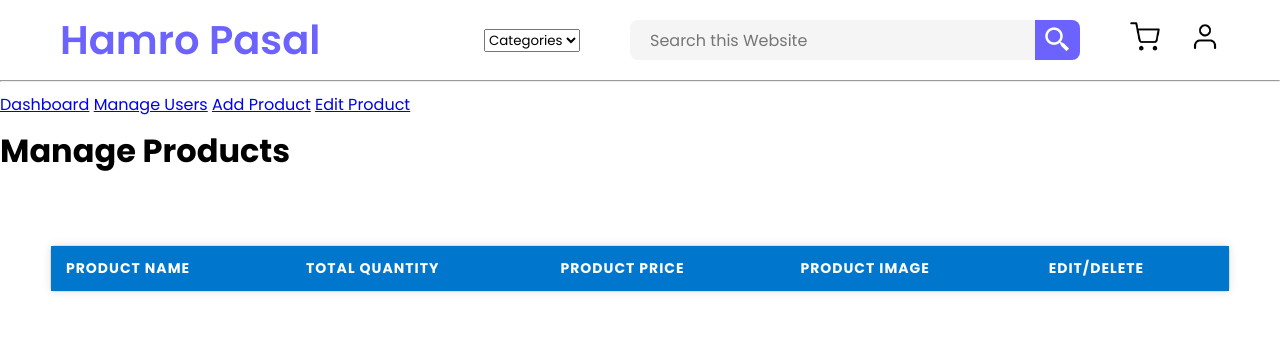
Repository: SuyogSky/Cloth-Shop
Page: http://localhost/HamroPasal/manageproducts
These files come from the project's save history. The page is drawn as it stood at one moment and after the next save; the edit follows.
The browser window is 1280 px wide. The pictures show the whole page.
Some web fonts or font styles are not loaded; a fallback is used. Some web libraries are served in a nearby version. The page is served by Tomcat 9. Other server files are loaded and not shown. Queries for data that is not in the repository find no rows.

Above is the page before, as saved 2023-06-02 04:23:27.

### HamroPasal/src/main/webapp/View/ManageProduct.jsp
<%@ page language="java" contentType="text/html; charset=ISO-8859-1" pageEncoding="ISO-8859-1" %>
  <%@taglib prefix="c" uri="http://java.sun.com/jsp/jstl/core" %>
      <%@ page import="java.util.Date" %>

    <!DOCTYPE html>
    <html>

    <head>
      <meta charset="UTF-8">
      <title>Insert title here</title>
      <style>
        .product-table {
          border-collapse: separate;
          border-spacing: 0;
          width: 100%;
          margin-top: 20px;
          border: 1px solid #ddd;
          border-radius: 5px;
          box-shadow: 0 0 10px rgba(0, 0, 0, 0.1);
        }

        .product-table th,
        .product-table td {
          padding: 12px 15px;
          text-align: left;
        }

        .product-table th {
          background-color: #0077cc;
          color: #fff;
          text-transform: uppercase;
          font-size: 14px;
          font-weight: 700;
          letter-spacing: 1px;
        }

        .product-table td {
          background-color: #f9f9f9;
          font-size: 14px;
          font-weight: 400;
          color: #555;
          border-top: 1px solid #ddd;
        }

        .product-table tr:hover {
          background-color: #f5f5f5;
        }

        .product-table img {
          max-width: 100px;
          max-height: 100px;
          display: block;
          margin: 0 auto;
        }

        .product-table a {
          color: #0077cc;
          text-decoration: none;
          margin-right: 10px;
        }

        .product-table a:hover {
          text-decoration: underline;
        }

        .product-table tr:nth-child(even) {
          background-color: #f5f5f5;
        }
      </style>
      <link rel="stylesheet" href="https://unpkg.com/boxicons@latest/css/boxicons.min.css">
    <link rel="stylesheet" href="${pageContext.request.contextPath}/View/CSS/navbar.css">

    <link rel="preconnect" href="https://fonts.googleapis.com">
    <link rel="preconnect" href="https://fonts.gstatic.com" crossorigin>
    <link href="https://fonts.googleapis.com/css2?family=Mochiy+Pop+One&family=Poppins:wght@100;200;300;400;500;600;700;800;900&display=swap" rel="stylesheet">
    <link rel="stylesheet" href="https://cdnjs.cloudflare.com/ajax/libs/font-awesome/6.3.0/css/all.min.css" integrity="sha512-SzlrxWUlpfuzQ+pcUCosxcglQRNAq/DZjVsC0lE40xsADsfeQoEypE+enwcOiGjk/bSuGGKHEyjSoQ1zVisanQ==" crossorigin="anonymous" referrerpolicy="no-referrer" />

    </head>

    <body>
    <header>
        <span class="logo">Hamro&nbsp;Pasal</span>
        <div class="right">
            <select name="category" id="category">
                <option value="all">Categories</option>
                <option value="shirt">Shirt</option>
                <option value="pants">Pants</option>
                <option value="shoes">Shoes</option>
            </select>
            <form action="" class="search-bar">
                <input type="text" class="search-field" placeholder="Search this Website">
                <input type="submit" id="search">
                <label for="search"><i class='bx bx-search-alt-2'></i></label>
            </form>
            <div class="icons">
                <div class="cart" onclick="cartClicked()">
                    <img src="${pageContext.request.contextPath}/View/Images/shopping-cart.png" alt="">
                </div>
                <div class="profile" onclick="profileClicked()">
                    <img src="${pageContext.request.contextPath}/View/Images/user.png" alt="">
                </div>
            </div>
        </div>
        <div class="profile-section">
        	<div class="top">
                <h1>User Profile</h1>
                <i class='bx bxl-xing' onclick="profileClicked()"></i>
            </div>
        	<% String email = null;
        	if(session.getAttribute("loggedInId") == null){
        	%>
            	<div class="middle">
	                <a href="${pageContext.request.contextPath}/View/AdminLogin.jsp">Login as Admin</a>
                	<a href="${pageContext.request.contextPath}/View/Login.jsp">Login as User</a>
        	<%} else{
        		email = session.getAttribute("loggedInId").toString();
        	%>
        		<h1>You are Logged In as <%= email %></h1>
        		<%if(session.getAttribute("adminEmail") != null){%>
        			<a href="${pageContext.request.contextPath}/index.jsp">Return to Home</a><br/>
        			<a href="${pageContext.request.contextPath}/View/AdminPage.jsp">Admin Page</a><br/>
        		<%}%>

        		<%if(session.getAttribute("adminEmail") == null && session.getAttribute("loggedInId") != null){%>
         			<a href="${pageContext.request.contextPath}/editProfile?email=<%=email%> class="edit-profile-btn">Edit Profile</a><br/>

        		<%}%>

        		<a href="${pageContext.request.contextPath}/logout">Log Out</a>
        	<%} %>
        	</div>
        </div>

        <div class="cart-section">
        	<div class="top">
                <h1>Cart Items</h1>
                <i class='bx bxl-xing' onclick="profileClicked()"></i>
            </div>
        	<div class="middle" id="middle">
				<div class="item">
					<img src="${pageContext.request.contextPath}/images/productImage/10.png"/>
					<span>
						<h3>Black Shirt</h3>
						<p>Price: 999</p>
					</span>
				</div>
            </div>
        	<div class="lower">
        		<span><p class="index">Total Price: </p><p class="total-price"></p></span>
        		<a href="" id = "order" onclick="clicked()">Order Now!</a>
        	</div>
        </div>
        <script>
            const profileClicked = () =>{
                const btn = document.querySelector(".profile")
                const mainDiv = document.querySelector(".profile-section")
                const cross = document.querySelector(".profile-section .top i")
                btn.addEventListener("click", ()=>{
                    mainDiv.classList.add("active");
                })
                cross.addEventListener("click", ()=>{
                    mainDiv.classList.remove("active");
                })
            }

            const cartClicked = () =>{
            	<%if(session.getAttribute("adminEmail") == null && session.getAttribute("loggedInId") != null){ %>
                const btn = document.querySelector(".cart")
                const mainDiv = document.querySelector(".cart-section")
                const cross = document.querySelector(".cart-section .top i")
                btn.addEventListener("click", ()=>{
                    mainDiv.classList.add("active");
                })
                cross.addEventListener("click", ()=>{
                    mainDiv.classList.remove("active");
                })


                let cartDisplay = document.getElementById("middle");
				let totalPriceDisp = document.querySelector(".lower .total-price");
                // Create an empty string to store the HTML content
                let cartHtml = "";
				let totalPrice = 0;
                // Loop through the cart object and generate HTML for each item
                cartItems.forEach((item) => {
                  cartHtml += `
                	<div class="item">
  						<img src=/HamroPasal/Images/`+item.image+`?v=${time}/>
  						<span>
  							<h3>`+item.name+`</h3>
	  						<p>Price: Rs. `+item.price+`</p>
	  					</span>
  					</div>
                  `;
                  totalPrice += parseInt(item.price);
                })


                // Set the innerHTML of the cart display element to the generated HTML content
                cartDisplay.innerHTML = cartHtml;
                totalPriceDisp.innerText = totalPrice;
                <%}else{%>
                	window.location.href = "./View/Login.jsp"
                <%}%>

            }

        </script>
    </header>
    <hr>
    <section class="admin-header" style="margin:10px 0">
    	    	<a href="${pageContext.request.contextPath}/View/AdminPage.jsp">Dashboard</a>
    	<a href="${pageContext.request.contextPath}/manageusers">Manage Users</a>
    	<a href="${pageContext.request.contextPath}/View/AddProduct.jsp">Add Product</a>
    	<a href="${pageContext.request.contextPath}/manageproducts">Edit Product</a>
    </section>

      <h1>Manage Products</h1>
      <div style="padding:50px;">
        <table class="product-table">
          <tr>
            <th>Product Name</th>
            <th>Total Quantity</th>
            <th>Product Price</th>
            <th>Product Image</th>
            <th>Edit/Delete</th>
          </tr>
          <c:forEach var="st" items="${productList}">
            <tr>
              <c:out value="${st.id}" />
              <c:out value="This is loop" />
              <td>${st.productName}</td>
              <td>${st.productQuantity}</td>
              <td>${st.productPrice}</td>
              <td><img src="Images/${st.productImagePath}" alt="Images/${st.productImagePath}" height="100px" width="100px"></td>
              <td>
                <div style="margin:10px;">
                  <a href="${pageContext.request.contextPath}/editproducts?id=${st.id}">Edit</a>
                </div>
                <div style="margin:10px;">
                  <a href="${pageContext.request.contextPath}/deleteproducts?id=${st.id}">Delete</a>
                </div>
              </td>
            </tr>
          </c:forEach>

        </table>
      </div>
      <script>

      </script>
    </body>

    </html>

### HamroPasal/src/main/java/controller/ManageProduct.java
package controller;

import java.io.IOException;
import java.util.ArrayList;

import javax.servlet.RequestDispatcher;
import javax.servlet.ServletException;
import javax.servlet.annotation.WebServlet;
import javax.servlet.http.HttpServlet;
import javax.servlet.http.HttpServletRequest;
import javax.servlet.http.HttpServletResponse;

import model.DbConnection;
import model.Product;

/**
 * Servlet implementation class ViewProducts
 */
@WebServlet("/manageproducts")
public class ManageProduct extends HttpServlet {
	private static final long serialVersionUID = 1L;


	public void service(HttpServletRequest request, HttpServletResponse response) throws ServletException, IOException {

		ArrayList<Product> product = null;

		product=new DbConnection().fetchProducts();
		request.setAttribute("productList",product);
		RequestDispatcher rd = request.getRequestDispatcher("View/ManageProduct.jsp");
		rd.forward(request, response);

	}


}

### HamroPasal/src/main/webapp/View/CSS/navbar.css
@charset "ISO-8859-1";@charset "ISO-8859-1";
*{
    margin: 0;
    padding: 0;
    box-sizing: border-box;
    font-family: 'Poppins', sans-serif;
}
:root{
    --mainColor: #6c63FF;
}
header{
    width: 100%;
    height: 80px;
    display: flex;
    align-items: center;
    justify-content: space-between;
    padding: 0 60px;
}
.logo{
    font-size: 40px;
    font-weight: 600;
    color: var(--mainColor);
}

/* Dropdown Button */
.dropbtn {
	border: 2px solid var(--mainColor);
    color: var(--mainColor);
    font-weight: 700;
    border-radius: 8px;
    padding: 7px 20px;
    outline: none;
    cursor: pointer;
    text-decoration: none;
}
/* Dropdown button on hover & focus */
.dropbtn:hover,
.dropbtn:focus {
  background-color: var(--mainColor);
  color: white;
}

/* The container <div> - needed to position the dropdown content */
.dropdown {
  position: relative;
  display: inline-block;
}

/* Dropdown Content (Hidden by Default) */
.dropdown-content {

  position: absolute;
  top: 0px;
  z-index: 1;
  background-color: #f9f9f9;
  min-width: 160px;
  box-shadow: 0px 8px 16px 0px rgba(0, 0, 0, 0.2);
  top: -20%;
  opacity: 0;
  transition: all 0.5s ease;
}

/* Links inside the dropdown */
.dropdown-content a {
  color: #333;
  padding: 12px 16px;
  text-decoration: none;
  display: block;
}
/* Change color of dropdown links on hover */
.dropdown-content a:hover {
  background-color: #f1f1f1;
}

.search-bar{
    border: none;
    outline: none;
    height: 40px;
    width: 450px;
    border-radius: 8px;
    background-color: #F5F5F5;
    display: flex;
    align-items: center;
    justify-content: space-between;
    overflow: hidden;
}
.search-field{
    border: none;
    outline: none;
    height: 100%;
    width: 100%;
    overflow: hidden;
    background: transparent;
    padding: 0 20px;
    font-size: 16px;
}
input[type="submit"]{
    display: none;
}
.search-bar label{
    width: 50px;
    height: 100%;
    display: flex;
    align-items: center;
    justify-content: center;
    font-size: 30px;
    color: white;
    background-color: var(--mainColor);
    cursor: pointer;
}
.cart img, .profile img{
    width: 30px;
    cursor: pointer;
}
.right{
    display: flex;
    height: 100%;
    align-items: center;
    gap: 50px;
}
.icons{
    height: 100%;
    display: flex;
    align-items: center;
    gap: 30px;
}

.profile-section{
	height: 100vh;
	width: 350px;
	position: fixed;
    right: -100%;
    top: 0;
    background-color: rgb(225, 225, 225);
    padding: 0 30px;
    transition: all 0.7s ease;
}
.profile-section .top{
    display: flex;
    align-items: center;
    justify-content: space-between;
    padding: 15px 0;
    color: var(--mainColor);
}
.profile-section .top h1{
    font-size: 24px;
}
.profile-section .top i{
    font-size: 30px;
    cursor: pointer;
}
.profile-section .middle{
    padding: 20px;
    margin-top: 40px;
    display: flex;
    flex-direction: column;
    align-items: center;
    justify-content: center;
    gap: 20px;
}
.profile-section .middle h1{
	font-size: 12px;
}
.profile-section .middle a, edit-profile-btn{
    width: 100%;
    border: 2px solid var(--mainColor);
    display: flex;
    align-items: center;
    justify-content: center;
    padding: 10px 0;
    text-decoration: none;
    color: var(--mainColor);
}
.profile-section .middle a:hover{
    background-color: var(--mainColor);
    color: white;
}
.profile-section.active{
    right: 0;
}

.cart-section{
	height: 100vh;
	width: 350px;
	position: fixed;
    right: -100%;
    top: 0;
    background-color: rgb(225, 225, 225);
    padding: 0 30px;
    transition: all 0.7s ease;
}
.cart-section .top{
    display: flex;
    align-items: center;
    justify-content: space-between;
    padding: 15px 0;
    color: var(--mainColor);
}
.cart-section .top h1{
    font-size: 24px;
}
.cart-section .top i{
    font-size: 30px;
    cursor: pointer;
}
.cart-section .middle{
    display: flex;
    flex-direction: column;
    align-items: center;
    gap: 20px;
    height: 70%;
    overflow-y: auto;
    margin-bottom: 10px;
}
.middle .item{
	width: 100%;
	display: flex;
	align-items: center;
	background: rgba(0,0,0,0.05);
	padding: 10px;
	border-radius: 8px;
}
.middle .item img{
	width: 70px;
	height: 70px;
	margin-right: 20px;
}
.lower{
	width: 100%;
}
.lower span{
	display: flex;
	gap: 20px;
	font-weight: 600;
	font-weight: 18px;
}
.lower .index{
	color: var(--mainColor);
}
.lower a{
	display: flex;
	align-items: center;
	justify-content: center;
	width: 100%;
	height: 40px;
	background: var(--mainColor);
	border: none;
	border: 2px solid #8c2de2 0;
	text-decoration: none;
	color: white;
	font-weight: semi-bold;
	font-size: 18px;
	outline: none;
	margin-top: 5px;
}
.cart-section.active{
    right: 0;
}


.search-result{
    display: flex;
    flex-direction: column;
    align-items: center;
    width: 420px;
    overflow-y: auto;
    margin-bottom: 10px;
    position: absolute;
    top: -60%;
    right: 220px;
    background: rgba(255, 255, 255, 0.3);
    padding: 20px;
    transition: all 0.5s ease;
    opacity: 0;
}
.search-result .item{
	width: 100%;
	display: flex;
	align-items: center;
	background: rgba(255,255,255,0.5);
	padding: 10px;
	border-radius: 8px;
	margin: 10px 0;
}
.search-result .item img{
	width: 70px;
	height: 70px;
	margin-right: 20px;
}
.search-result.active{
	opacity: 1;
	top: 70px;
}
.search-head{
	width: 100%;
	display: flex;
	align-items: center;
	justify-content: space-between;
	padding: 0 30px;
	color: black;
	font-weight: 900;
	font-size: 20px;
}

### HamroPasal/src/main/webapp/View/CSS/AddProduct.css
*{
    margin: 0;
    padding: 0;
    box-sizing: border-box;
    font-family: 'Poppins', sans-serif;
}
:root{
    --mainColor: #6c63FF;
}
.admin-header{
	width: 100%;
    height: 40px;
	display: flex;
	justify-content: space-around;
}
.admin-header a{
	border: 2px solid var(--mainColor);
	padding: 10px 20px;
	display: flex;
	align-items: center;
	justify-content: center;
	color: var(--mainColor);
	text-decoration: none;
}

.add-product-form{
    width: 100%;
    height: calc(100vh - 120px);
    position: absolute;
    padding: 20px 30px;
}
.add-product-form form{
    background-color: rgba(0,0,0,0.05);
    width: 100%;
    height: 100%;
    border-radius: 10px;
    padding: 20px 30px;
    display: flex;
    justify-content: space-around;
    align-items: center;
    flex-direction: column;
}
.top{
    display: flex;
    gap: 100px;
}
.left2{
    display: flex;
    gap: 30px;
    flex-direction: column;
}
.left2 label{
    font-size: 18px;
}
.left2 input{
    width: 250px;
    height: 40px;
    border-radius: 5px;
    border: none;
    outline: none;
    padding: 0 10px;
}
.right2{
    display: flex;
    flex-direction: column;
    gap: 20px;
}
.img-section{
    width: 250px;
    height: 250px;
    border: 1px dashed black;
}
.img-section img{
	width: 100%;
	height: 100%;
}
.bottom{
    display: flex;
    gap: 60px;
}
.bottom button,.bottom a{
    border: none;
    outline: none;
    font-size: 18px;
    text-decoration: none;
    border-radius: 5px;
    cursot: pointer;
}
.bottom button{
    padding: 10px 40px;
    background-color: var(--mainColor);
}
.bottom a{
    padding: 10px 60px;
    background-color: rgba(255, 0, 0, 0.479);
    color: white;
}

Loaded but not shown: HamroPasal/src/main/java/model/DbConnection.java (585 lines, source omitted)

After the next save:
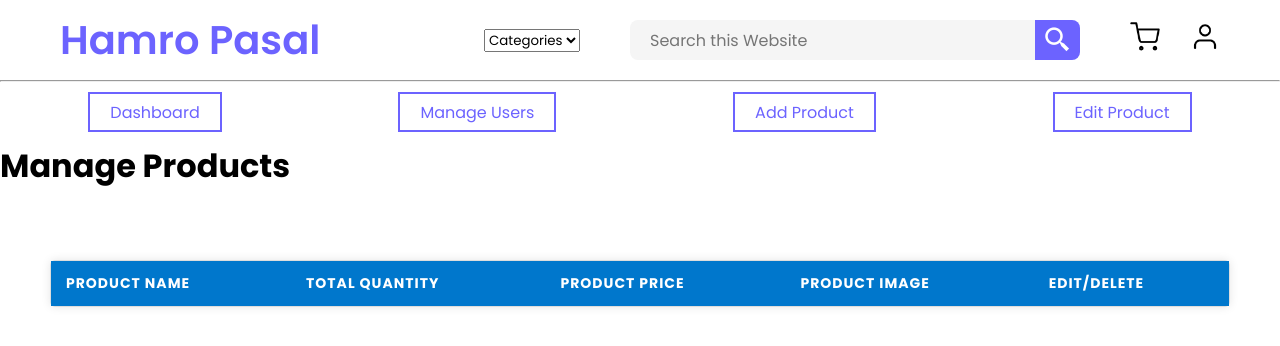
Saved 12 s later.
--- a/HamroPasal/src/main/webapp/View/ManageProduct.jsp
+++ b/HamroPasal/src/main/webapp/View/ManageProduct.jsp
@@ -69,7 +69,7 @@
       </style>
       <link rel="stylesheet" href="https://unpkg.com/boxicons@latest/css/boxicons.min.css">
     <link rel="stylesheet" href="${pageContext.request.contextPath}/View/CSS/navbar.css">
-
+    <link rel="stylesheet" href="${pageContext.request.contextPath}/View/CSS/AddProduct.css">
     <link rel="preconnect" href="https://fonts.googleapis.com">
     <link rel="preconnect" href="https://fonts.gstatic.com" crossorigin>
     <link href="https://fonts.googleapis.com/css2?family=Mochiy+Pop+One&family=Poppins:wght@100;200;300;400;500;600;700;800;900&display=swap" rel="stylesheet">
